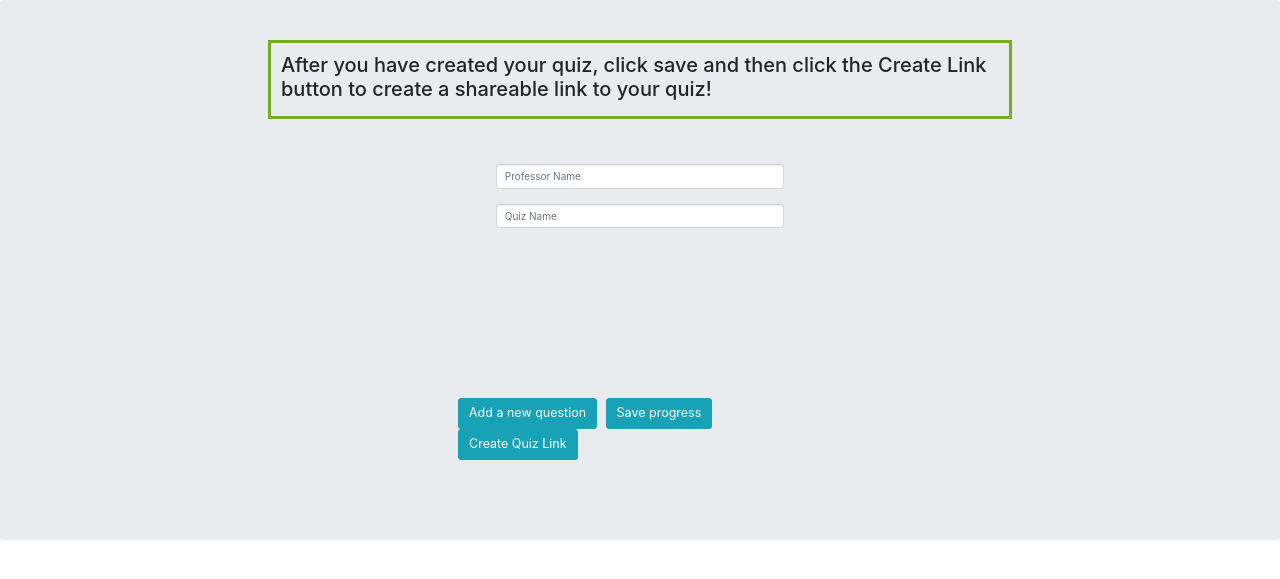
Repository: phillipdacosta/QuizemsNew
Page: /#/home
An editor plug-in stored every save of this project. The page is shown before and after the next save, followed by the edit.
The browser window is 1280 px wide. The pictures show the whole page.
Some web libraries are served in a nearby version. The project was rebuilt for these pictures with package versions that can differ from the ones it lists, and the page was loaded fresh each time. Also part of the build but not shown: angular.json, src/app/quiz/quiz.component.ts, src/app/about/about.component.ts, src/app/student/student.component.ts, src/app/questions/questions.component.ts, src/app/question-display/question-display.component.ts, src/app/timer/timer.component.ts.

Above is the page before, as saved 2019-06-30 17:42:05.

After the next save:
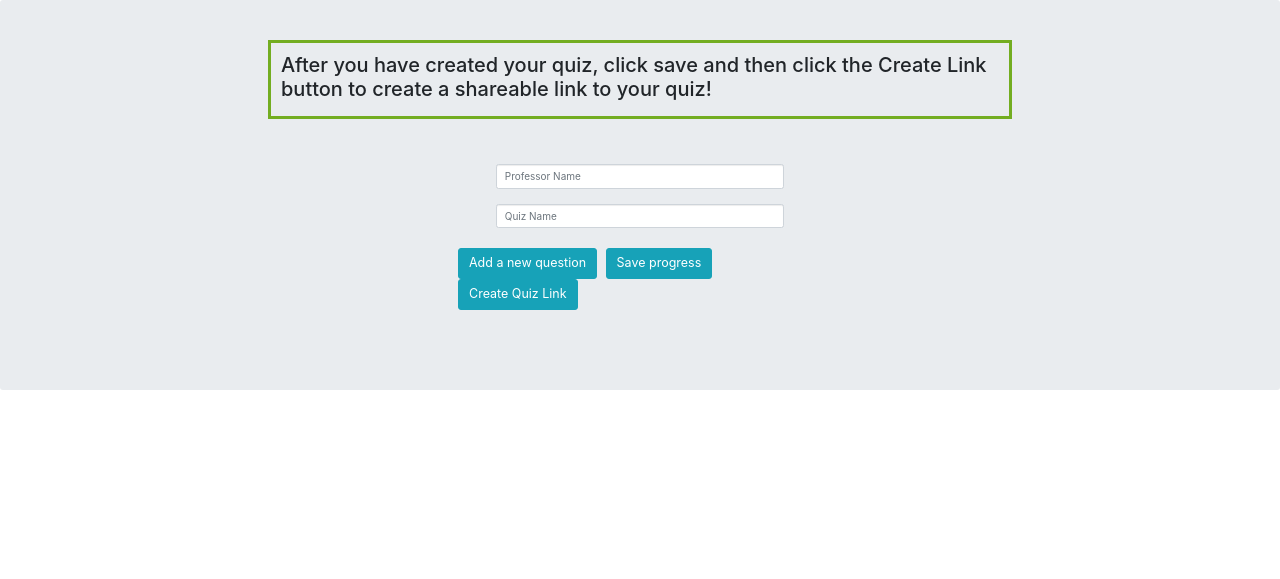
Saved 16 s later.
--- a/src/app/professor/professor.component.html
+++ b/src/app/professor/professor.component.html
@@ -76,17 +76,6 @@
           </div>
         </div>
 
-  <br>
-  <br>
-   <br>
-    <br>
-     <br>
-
-     <br>
-     <br>
-      <br>
-       <br>
-        <br>
 
 
 
